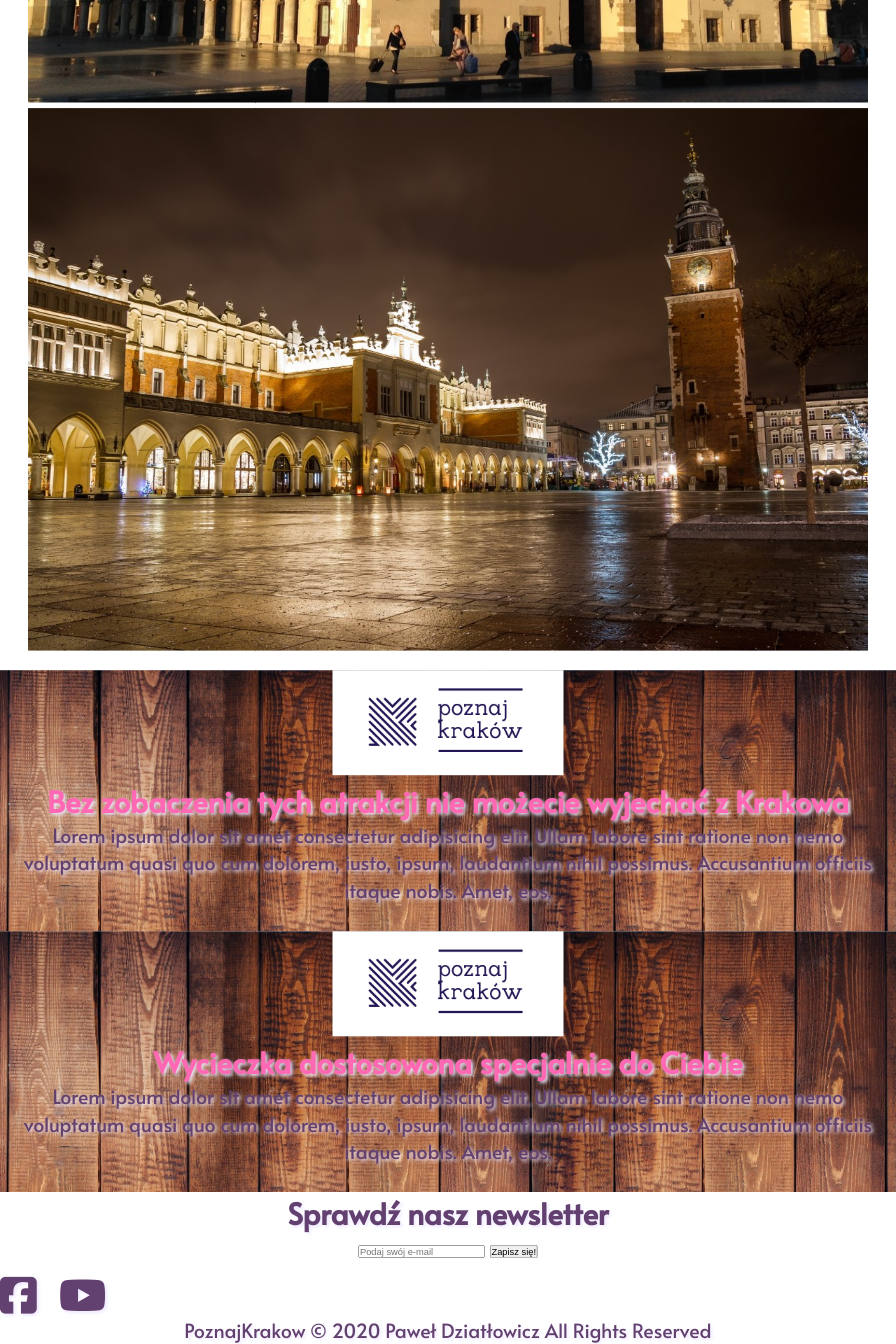
Repository: DZIALEK/projekt1
Page: projekt1.html
These files come from the project's save history. The page is drawn as it stood at one moment and after the next save; the edit follows.
The browser window is 1280 px wide. The pictures show the part of the page from y = 2828 to 4748 px (the page is 4748 px tall), at 70% of full size.
Some icons come from a web library that is not loaded, so they are not drawn. A picture or video elsewhere on the page could not be fetched, so the positions and the page height are approximate. Some web libraries are served in a nearby version.

Above is the page before, as saved 2020-07-15 00:55:34.

### projekt1.html
<!DOCTYPE html>
<html lang="pl=pl">
<head>
    <meta charset="UTF-8">
    <meta name="viewport" content="width=device-width, initial-scale=1.0">
    <title>Poznaj Kraków</title>
    <link rel="stylesheet" href="projekt1.css">
    <script src="https://kit.fontawesome.com/47e99c0280.js" crossorigin="anonymous"></script>
 </head>
<body>
    <header>
        <video autoplay muted loop id="video_header">
            <source src="dodatki/cracow_movie_lc.mp4">
        </video>
        <div class="logo">
            <a href="#">
                <img src="dodatki/logo_L.png" alt="Tutaj jest logo Poznaj Kraków">
            </a>
        </div>
        <div class="top">
            <h1>Poznaj Kraków</h1>
            <p>Od 1989r. skutecznie zarażamy miłością do Krakowa</p>
            <a href="#">SPRAWDŹ NAS!</a>
        </div>
        <nav>
            <ul>
                <li><a href="#">START</a></li>
                <li><a href="#">CO ZWIEDZAĆ</a></li>
                <li><a href="#">WYCIECZKI</a></li>
                <li><a href="#">CENNIK</a></li>
                <li><a href="#">O NAS</a></li>
            </ul>
        </nav>
    </header>
    <main>
        <section class="section-welcome">
            <h1 class="section-header">
               Witaj na naszej stronie !
            </h1>
            <img src="dodatki/foto3.jpg" alt="Tutaj jest zdjęcie Krakowa1">
            <img src="dodatki/foto2.jpg" alt="Tutaj jest zdjęcie Krakowa2">
        </section>
        <section class="section-welcome2">
            <img src="dodatki/foto1.jpg" alt="Tutaj jest zdjęcie Krakowa3">
            <img src="dodatki/foto4.jpg" alt="Tutaj jest zdjęcie Krakowa4">
        </section>
        <section class="section-best">
            <div class="section-best-img"></div>
            <img src="dodatki/logo_L.png" alt="">
            <h2>Bez zobaczenia tych atrakcji nie możecie wyjechać z Krakowa</h2>
            <p>Lorem ipsum dolor sit amet consectetur adipisicing elit. Ullam labore sint ratione non nemo voluptatum quasi quo cum dolorem, iusto, ipsum, laudantium nihil possimus. Accusantium officiis itaque nobis. Amet, eos.</p>
            </div>
        </section>
        <section class="section-best2">
            <div class="section-best2-img">
            <img src="dodatki/logo_L.png" alt="">
            <h2>Wycieczka dostosowona specjalnie do Ciebie</h2>
            <p>Lorem ipsum dolor sit amet consectetur adipisicing elit. Ullam labore sint ratione non nemo voluptatum quasi quo cum dolorem, iusto, ipsum, laudantium nihil possimus. Accusantium officiis itaque nobis. Amet, eos.</p>
            </div>
        </section>
    <!-- zrobić wyczieczkę typu: Krakowianie ich znienawidzili wycieczka 5dni w okół Krakowa -->
    <section class="section-newsletter">
    <div class="newsteletter-wrapper">
        <h2>Sprawdź nasz newsletter</h2>
        <form action="" method="">
            <input type="email" placeholder="Podaj swój e-mail">
            <button type="submit">Zapisz się!</button>
        </form>
    </div>
    </section>
    <div class="social-media">
        <a href="#"><i class="fab fa-facebook-square"></i></a>
        <a href="#"><i class="fab fa-youtube"></i></a>
        <a href="#"><i class="fab fa-tripadvisor"></i></a>
    </div>
    </main>

    <footer>
        PoznajKrakow &copy; 2020 Paweł Dziatłowicz All Rights Reserved
    </footer>
</body>
</html>

### projekt1.css
@import url('http://fonts.googleapis.com/css?family=Alata&subset=latin,latin-ext');

* {
    margin: 0;
    padding: 0;
    box-sizing: border-box;
}

html{
    scroll-behavior: smooth;
  }

body {
    background-color: #FFFFFF;
    color: #62406F; text-shadow: #EEE8FF 0.1em 0.1em 0.2em;
    /* CDCCCC */
    font-family: 'Alata', sans-serif;
    font-size: 28px;
    width: 100%;
}

a {
    text-decoration: none;
}

section {
    text-align: center;
}

footer {
    text-align: center;
}

img {
    max-width: 100%;
}

div {
    width: 100%;
    height: 100%;
}

#video_header {
    min-width: 100%;
    min-height: 100%;
    position: relative;
    bottom: 0;
    right: 0;
}

.logo {
    position: fixed;
    top: 10px;
    left: 85%;
    width: 100%;
}

.logo img {
    width: 120px;
}

.top h1 {
    position: absolute;
    left: 50%;
    top: 30%;
    transform: translate(-50%, -50%);
    font-size: 100px;
}

.top h1~p {
    position: absolute;
    left: 50%;
    top: 45%;
    margin-top: 20px;
    transform: translate(-50%, -50%);
    font-size: 30px;
}

.top h1~a {
    position: absolute;
    left: 50%;
    top: 55%;
    transform: translate(-50%, -50%);
    text-align: center;
    border: 2px solid #d6caf8;
    padding: 10px 15px;
    font-size: 40px;
}

nav {
    box-shadow: 1px 1px 1px 1px #352564;
}

nav ul {
    list-style-type: none;
    width: 100%;
}

nav li {
    position: relative;
    text-align: center;
}

nav a {
    transition: 0.5s;
}

nav a:hover {
    color: #c386cf;
    text-shadow: 0 0 0.1em #271B2B, 0 0 0.1em #271B2B, 0 0 0.1em #271B2B;
    /* text-shadow: #271B2B 0.1em 0.1em 0.1em; */
    /* #EEE8FF  */
}

.section-welcome {
    position: relative;
    top: 50px;
    margin-bottom: 50px;
}

.section-welcome h1 {
    margin-bottom: 60px;
    font-size: 40px;
    color: greenyellow;
     font-weight: 100;
}

.section-welcome2 {
    position: relative;
    margin: 20px auto;
}

.section-best {
    position: relative;
    margin: 0px auto;
    background-image: url(/dodatki/bg1.jpg);
    background-size: cover;
}

.section-best-img {
    width: 100%;
}


.section-best h2 {
    color: hotpink;
}

.section-best p {
    padding-bottom: 40px;
}

.section-best2 {
    position: relative;
    margin: 0px auto;
    background-image: url(/dodatki/bg1.jpg);
    background-size: cover;
}

.section-best2-img {
    width: 100%;
}


.section-best2 h2 {
    color: hotpink;
}

.section-best2 p {
    padding-bottom: 40px;
}

.social-media i {
    color: #62406F;
    text-align: center;
    margin-top: 20px;
    font-size: 60px;
    transition: 2s;
    letter-spacing: 25px;
}

.social-media i:hover {
    /* color: #ff792b; */
    opacity: 0.8;
    text-shadow: #b0b5fc 0.2em 0.2em 0.2em;
    transform: scale(1.1,1.1);
    transition-duration: 250ms;
    transition-timing-function: ease-out;
}

After the next save:
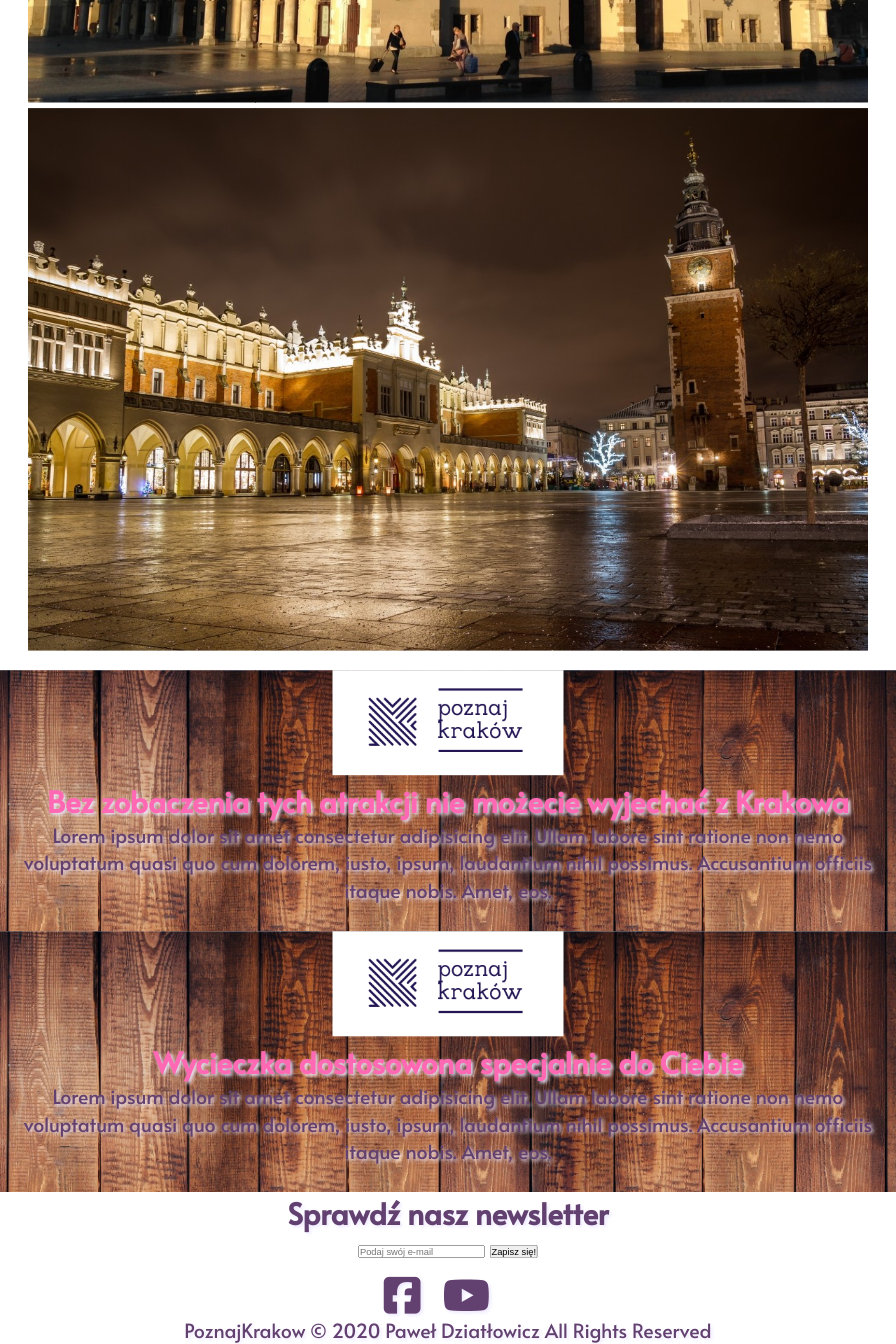
Saved 2 min 33 s later.
--- a/projekt1.html
+++ b/projekt1.html
@@ -67,12 +67,13 @@
             <button type="submit">Zapisz się!</button>
         </form>
     </div>
-    </section>
     <div class="social-media">
         <a href="#"><i class="fab fa-facebook-square"></i></a>
         <a href="#"><i class="fab fa-youtube"></i></a>
         <a href="#"><i class="fab fa-tripadvisor"></i></a>
     </div>
+    </section>
+
     </main>
 
     <footer>
